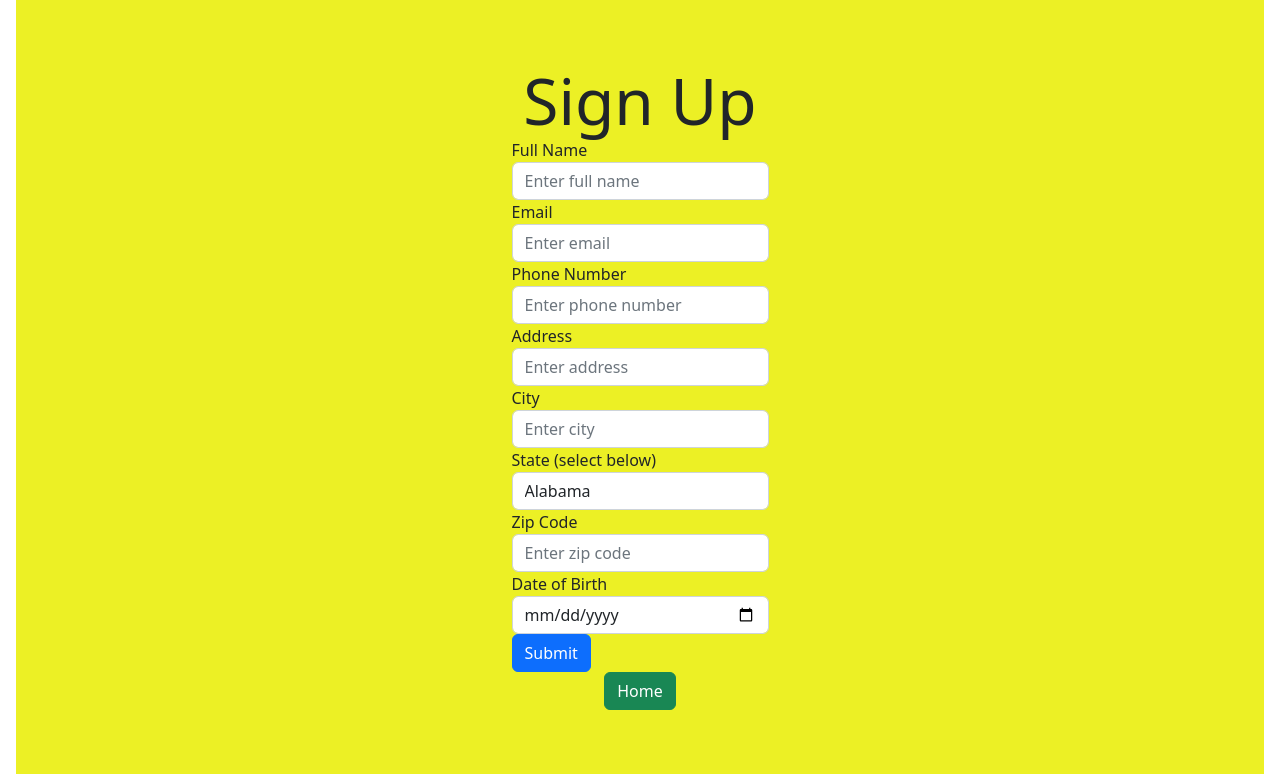
Repository: collegedude9300/zenschool
Page: /SignUp
An editor plug-in stored every save of this project. The page is shown before and after the next save, followed by the edit.
The browser window is 1280 px wide. The pictures show the whole page.
The project was rebuilt for these pictures with package versions that can differ from the ones it lists, and the page was loaded fresh each time. The framework's server and built-in components were replaced by stand-ins that run in the browser. Also part of the build but not shown: next.config.js.

Above is the page before, as saved 2023-12-29 10:28:44.

After the next save:
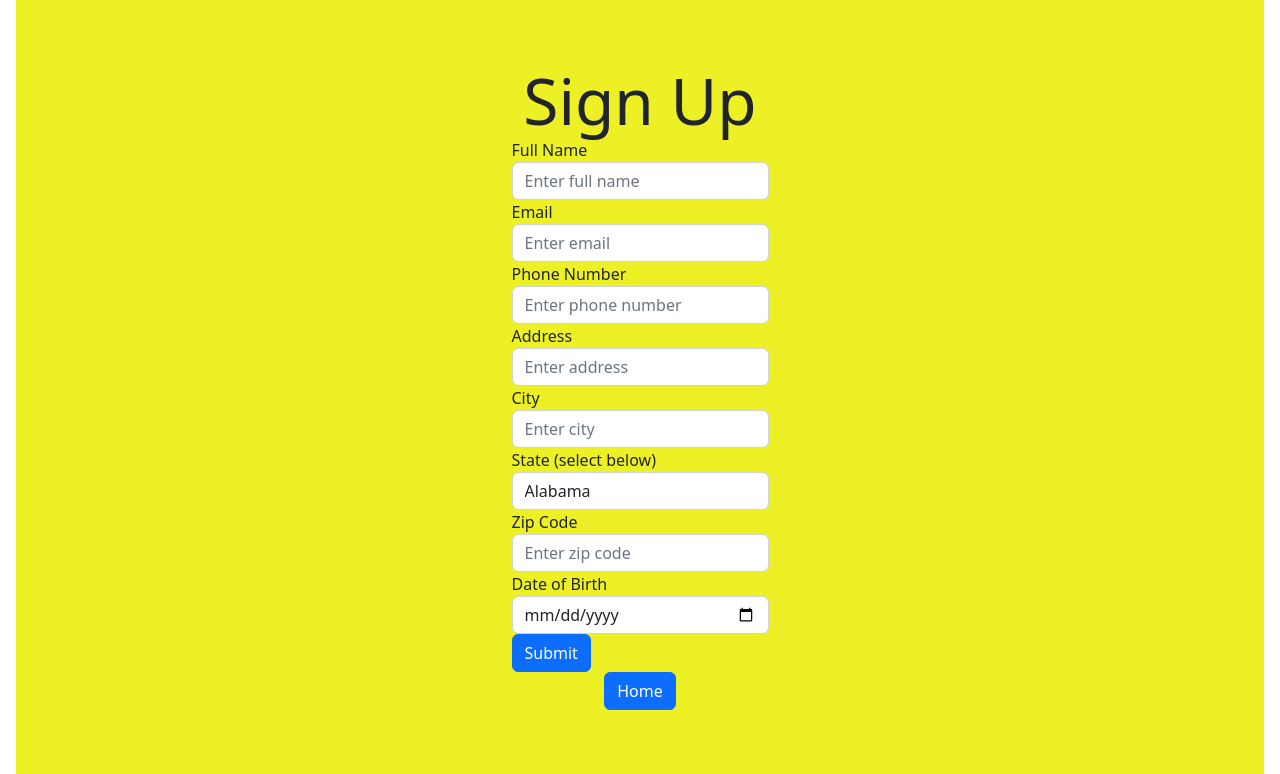
Saved 55 s later.
--- a/pages/SignUp.js
+++ b/pages/SignUp.js
@@ -1,7 +1,6 @@
 import Head from 'next/head'
-import Image from 'next/image'
 import styles from '../styles/Home.module.css'
-import { useState, useEffect } from 'react';
+import { useState } from 'react';
 import 'bootstrap/dist/css/bootstrap.css'
 import Link from 'next/link';
 export default function SignUp() {
@@ -214,9 +213,9 @@ export default function SignUp() {
             Submit
           </button>
         </form>
-        <Link legacyBehavior href="/">
-          <a className="btn btn-success">Home</a>
-        </Link>
+        <Link href="/" passHref>
+          <button className="btn btn-primary">Home</button>
+              </Link>
       </main>
     </div>
   );
